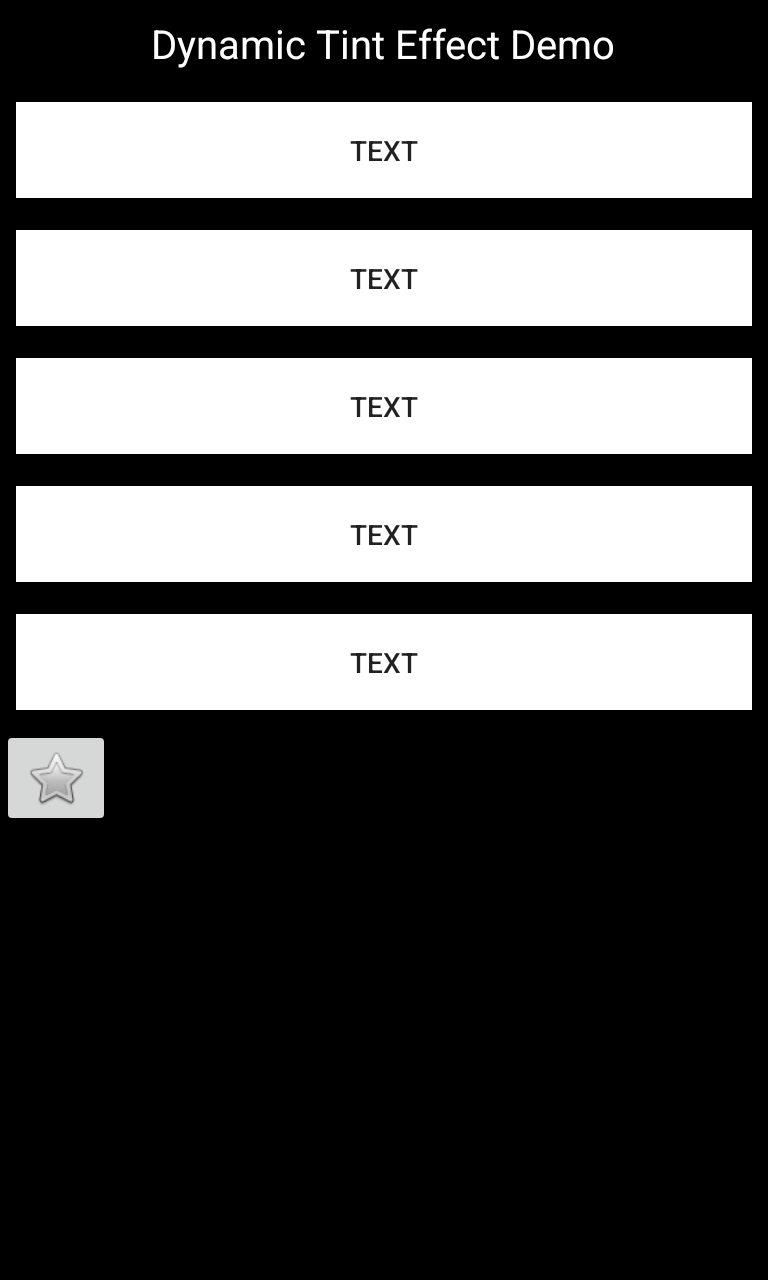
Repository: vipinvkamara/layouts
Layout: tinkchanges/res/layout/activity_main.xml
The author's editor kept a copy of each file at every save. The layout is drawn from the files as they stood at one save, then again after the next save.
It is drawn on a 768 x 1280 px phone screen (xhdpi) without system bars, with theme AppTheme; the app's code is not run.

Above is the layout before, as saved 2014-12-05 22:22:29.

### tinkchanges/res/layout/activity_main.xml
<LinearLayout xmlns:android="http://schemas.android.com/apk/res/android"
    xmlns:tools="http://schemas.android.com/tools"
    android:layout_width="match_parent"
    android:layout_height="match_parent"
    android:layout_margin="10dp"
    android:background="#000000"
    android:gravity="top"
    android:orientation="vertical" >

    <TextView
        android:layout_width="wrap_content"
        android:layout_height="wrap_content"
        android:layout_gravity="center"
        android:layout_margin="8dp"
        android:text="Dynamic Tint Effect Demo"
        android:textColor="#ffffff"
        android:textSize="20sp" />

    <Button
        android:id="@+id/button_1"
        android:layout_width="match_parent"
        android:layout_height="wrap_content"
        android:layout_margin="8dp"
        android:background="#ffffff"
        android:text="text" />

    <Button
        android:id="@+id/button_2"
        android:layout_width="match_parent"
        android:layout_height="wrap_content"
        android:layout_margin="8dp"
        android:background="#ffffff"
        android:text="text" />

    <Button
        android:id="@+id/button_3"
        android:layout_width="match_parent"
        android:layout_height="wrap_content"
        android:layout_margin="8dp"
        android:background="#ffffff"
        android:text="text" />

    <Button
        android:id="@+id/button_4"
        android:layout_width="match_parent"
        android:layout_height="wrap_content"
        android:layout_margin="8dp"
        android:background="#ffffff"
        android:text="text" />

    <Button
        android:id="@+id/button_5"
        android:layout_width="match_parent"
        android:layout_height="wrap_content"
        android:layout_margin="8dp"
        android:background="#ffffff"
        android:text="text" />

    <LinearLayout
        android:layout_width="match_parent"
        android:layout_height="wrap_content"
        android:layout_weight="0.46" >

        <ImageButton
            android:id="@+id/imageButton1"
            android:layout_width="wrap_content"
            android:layout_height="wrap_content"
            android:src="@android:drawable/btn_star" />

    </LinearLayout>

</LinearLayout>

Loaded but not shown: tinkchanges/res/values/styles.xml (common file); tinkchanges/res/values-v11/styles.xml (common file); tinkchanges/res/values-v14/styles.xml (common file)

After the next save:
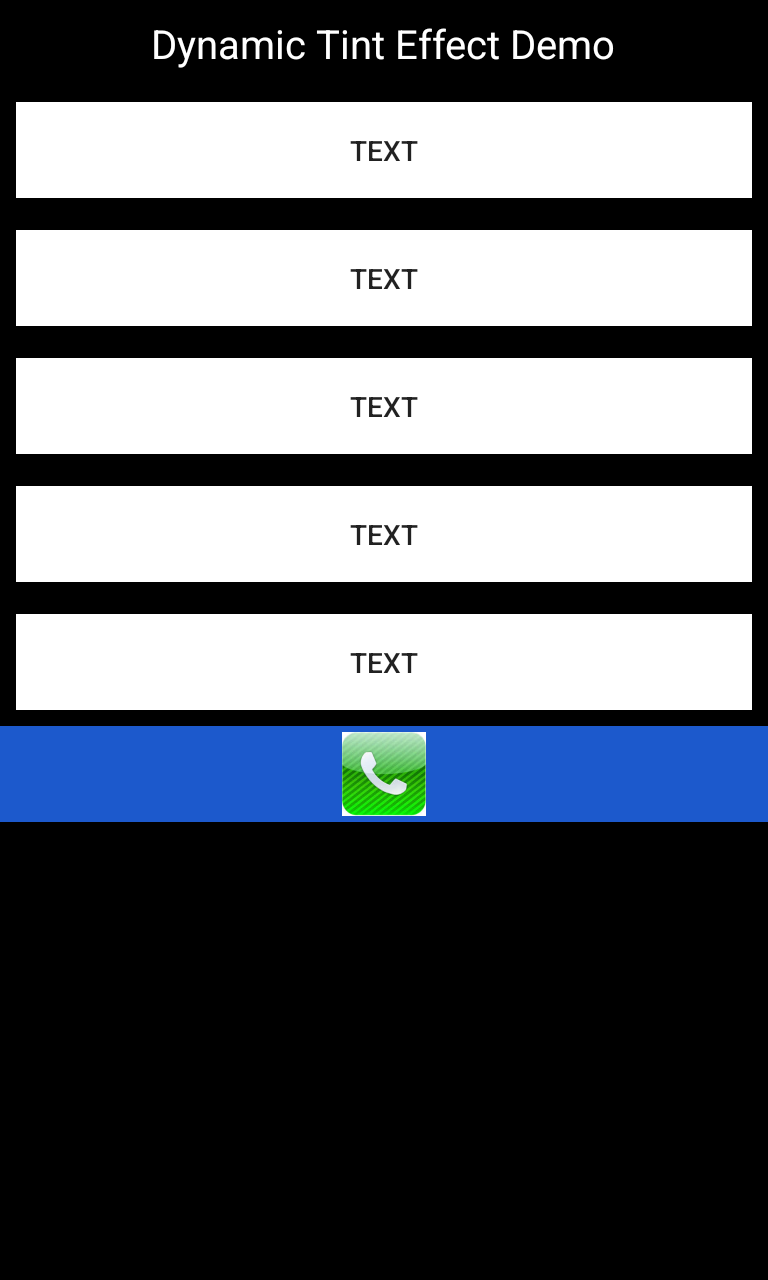
Saved 2 days later.
--- a/tinkchanges/res/layout/activity_main.xml
+++ b/tinkchanges/res/layout/activity_main.xml
@@ -63,9 +63,10 @@
 
         <ImageButton
             android:id="@+id/imageButton1"
-            android:layout_width="wrap_content"
+            android:layout_width="match_parent"
+            android:background="#1C59CC"
             android:layout_height="wrap_content"
-            android:src="@android:drawable/btn_star" />
+            android:src="@drawable/ic_launcher" />
 
     </LinearLayout>
 
